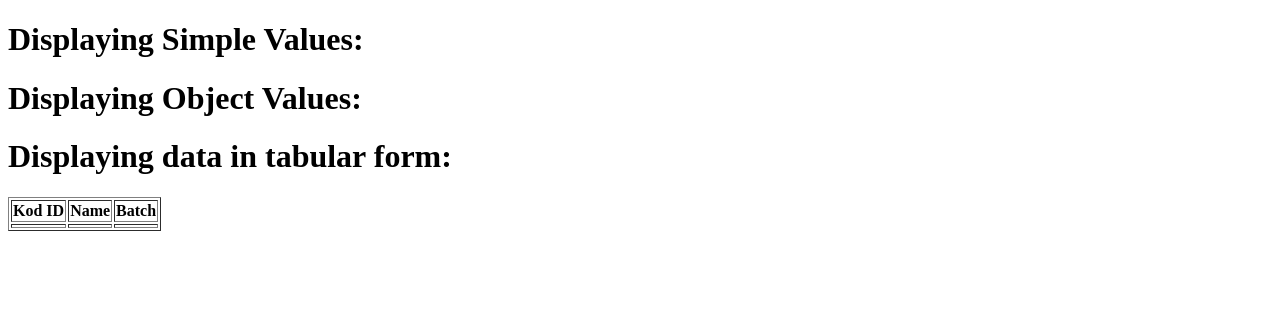
Repository: vig-tirakapadi18/spring-boot-practice-projects
Page: http://localhost/student
An editor plug-in stored every save of this project. The page is shown before and after the next save, followed by the edit.
The browser window is 1280 px wide. The pictures show the whole page.
The page is this project's Thymeleaf template; nobody is signed in. The template is opened directly, without the code that normally fills it, so the values that code supplies are empty.

Above is the page before, as saved 2023-08-12 08:19:44.

After the next save:
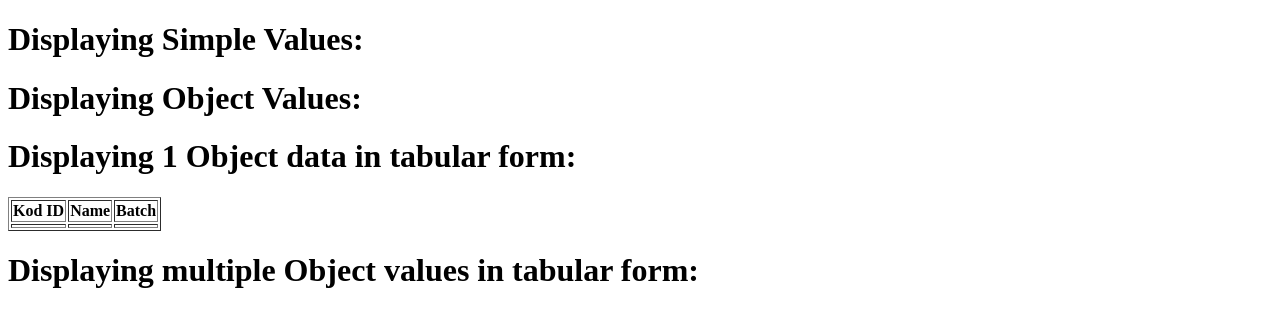
Saved 82 s later.
--- a/thymeDemo/src/main/resources/templates/student.html
+++ b/thymeDemo/src/main/resources/templates/student.html
@@ -13,7 +13,7 @@
 		<h2 th:text="${s.name}"></h2>
 		<h2 th:text="${s.batch}"></h2>
 
-		<h1>Displaying data in tabular form: </h1>
+		<h1>Displaying 1 Object data in tabular form: </h1>
 		<table border>
 			<thead>
 				<tr>
@@ -30,5 +30,7 @@
 				</tr>
 			</tbody>
 		</table>
+
+		<h1>Displaying multiple Object values in tabular form: </h1>
 	</body>
 </html>
